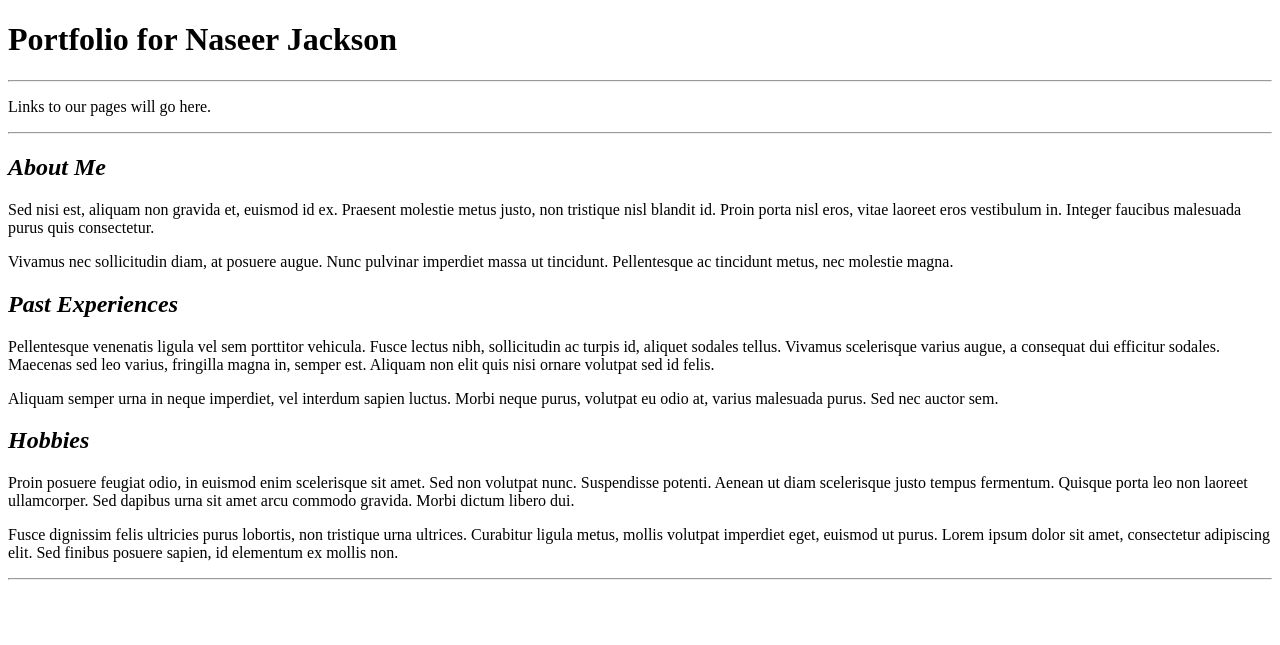
Repository: nj10deadend/Mthree-Intro-to-WebDev
Page: classwork/portfolio/index.html
The author's editor kept a copy of each file at every save. The page is drawn from the files as they stood at one save, then again after the next save.
The browser window is 1280 px wide. The pictures show the whole page.

Above is the page before, as saved 2021-11-30 15:34:53.

### classwork/portfolio/index.html
<!DOCTYPE html>

<!--
    Name: Naseer Jackson
    Date Created: 11/30/2021
    Most recent revision:
-->
<html lang="en">
<head>
    <meta charset="UTF-8">
    <meta http-equiv="X-UA-Compatible" content="IE=edge">
    <meta name="viewport" content="width=device-width, initial-scale=1.0">
    <title>Naseer's Portfolio</title>
</head>
<body>

    <header>

        <h1>Portfolio for Naseer Jackson</h1>

    </header>

    <hr>
        <!-- We need to add links to projects.html, contact.html, and testimonials.html -->
    <p>Links to our pages will go here.</p>
    <hr>

    <h2><em>About Me</em></h2>
    <p>Sed nisi est, aliquam non gravida et, euismod id ex. Praesent molestie metus justo, non tristique nisl blandit id. Proin porta nisl eros, vitae laoreet eros vestibulum in. Integer faucibus malesuada purus quis consectetur.</p>
    <p>Vivamus nec sollicitudin diam, at posuere augue. Nunc pulvinar imperdiet massa ut tincidunt. Pellentesque ac tincidunt metus, nec molestie magna.</p>

    <h2><em>Past Experiences</em></h2>
    <p>Pellentesque venenatis ligula vel sem porttitor vehicula. Fusce lectus nibh, sollicitudin ac turpis id, aliquet sodales tellus. Vivamus scelerisque varius augue, a consequat dui efficitur sodales. Maecenas sed leo varius, fringilla magna in, semper est. Aliquam non elit quis nisi ornare volutpat sed id felis.</p>
    <p>Aliquam semper urna in neque imperdiet, vel interdum sapien luctus. Morbi neque purus, volutpat eu odio at, varius malesuada purus. Sed nec auctor sem.</p>

    <h2><em>Hobbies</em></h2>
    <p>Proin posuere feugiat odio, in euismod enim scelerisque sit amet. Sed non volutpat nunc. Suspendisse potenti. Aenean ut diam scelerisque justo tempus fermentum. Quisque porta leo non laoreet ullamcorper. Sed dapibus urna sit amet arcu commodo gravida. Morbi dictum libero dui. </p>
    <p>Fusce dignissim felis ultricies purus lobortis, non tristique urna ultrices. Curabitur ligula metus, mollis volutpat imperdiet eget, euismod ut purus. Lorem ipsum dolor sit amet, consectetur adipiscing elit. Sed finibus posuere sapien, id elementum ex mollis non.</p>

    <hr>


</body>
</html>

After the next save:
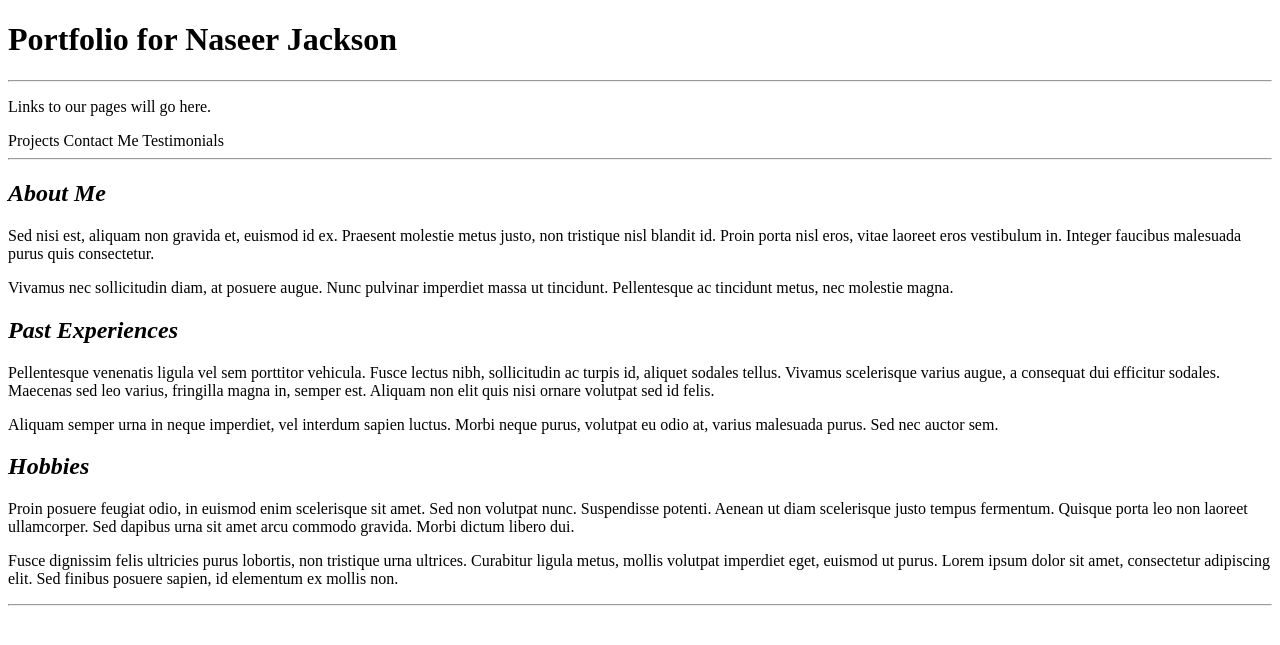
Saved 2 min 20 s later.
--- a/classwork/portfolio/index.html
+++ b/classwork/portfolio/index.html
@@ -23,6 +23,12 @@
     <hr>
         <!-- We need to add links to projects.html, contact.html, and testimonials.html -->
     <p>Links to our pages will go here.</p>
+
+    <nav>
+        Projects
+        Contact Me
+        Testimonials
+    </nav>
     <hr>
 
     <h2><em>About Me</em></h2>
